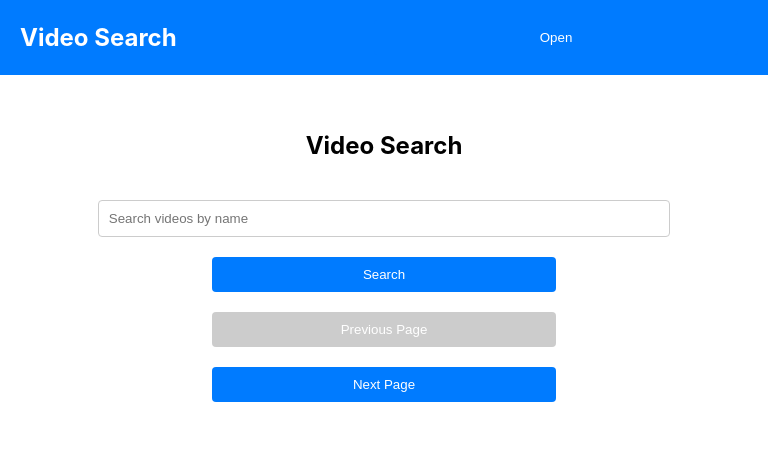
Repository: LolaSL/video-search
Page: /
An editor plug-in stored every save of this project. The page is shown before and after the next save, followed by the edit.
The browser window is 768 px wide. The pictures show the whole page.
The project was rebuilt for these pictures with package versions that can differ from the ones it lists, and the page was loaded fresh each time.

Above is the page before, as saved 2023-08-12 13:25:19.

After the next save:
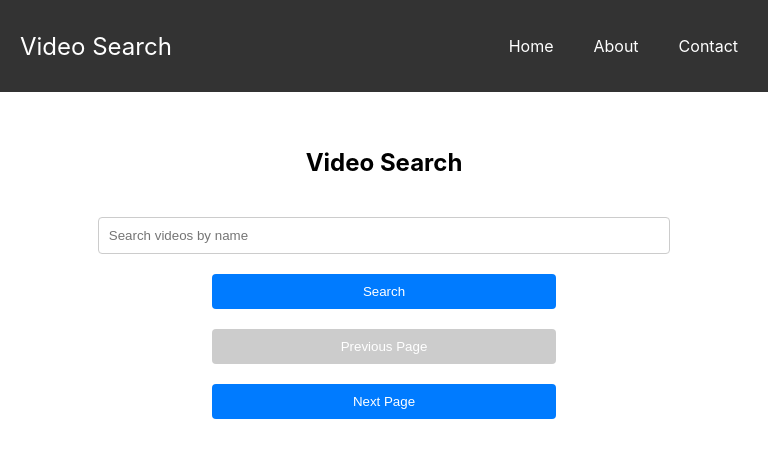
Saved 2 min 39 s later.
--- a/src/App.css
+++ b/src/App.css
@@ -67,81 +67,50 @@ iframe {
   display: flex;
   justify-content: space-between;
   align-items: center;
-  background-color: #007bff;
   padding: 10px 20px;
-  color: #fff;
-}
-
-.navbar-brand {
-  font-size: 24px;
+  background-color: #333;
+  color: white;
 }
 
 .navbar-logo {
-  font-weight: bold;
+  font-size: 1.5rem;
 }
 
-.navbar-toggler {
-  display: none;
+.nav-toggle {
+  display: none; /* Hide the toggle button on larger screens */
+  background: none;
+  border: none;
+  color: white;
+  font-size: 1rem;
+  cursor: pointer;
 }
 
 .navbar-nav {
   list-style: none;
   display: flex;
-  align-items: center;
+  gap: 20px;
 }
 
 .nav-item {
-  margin-right: 20px;
+  padding: 10px;
 }
 
 .nav-link {
-  color: #fff;
+  color: white;
   text-decoration: none;
-  font-weight: bold;
 }
 
-.nav-link:hover {
-  text-decoration: underline;
+/* Show the navigation links when the navbar is open */
+.navbar-nav.open {
+  display: flex;
+  flex-direction: column;
+  position: absolute;
+  background-color: #333;
+  top: 55px;
+  right: 20px;
+  z-index: 1000;
 }
 
-/* Responsive styles */
-@media (max-width: 768px) {
-  .navbar-nav {
-    display: none;
-    flex-direction: column;
-    position: absolute;
-    top: 50px;
-    left: 0;
-    width: 100%;
-    background-color: #007bff;
-    text-align: center;
-  }
-
-  .navbar-toggler {
-    display: block;
-    cursor: pointer;
-  }
-
-  .navbar-toggler span {
-    width: 30px;
-    height: 3px;
-    background-color: #fff;
-    margin: 4px 0;
-    display: block;
-  }
-
-  .navbar-collapse {
-    display: none;
-  }
-
-  .navbar-show {
-    display: block;
-  }
-
-  .nav-item {
-    margin: 10px 0;
-  }
-}
 
 @media screen and (max-width: 768px) {
 
